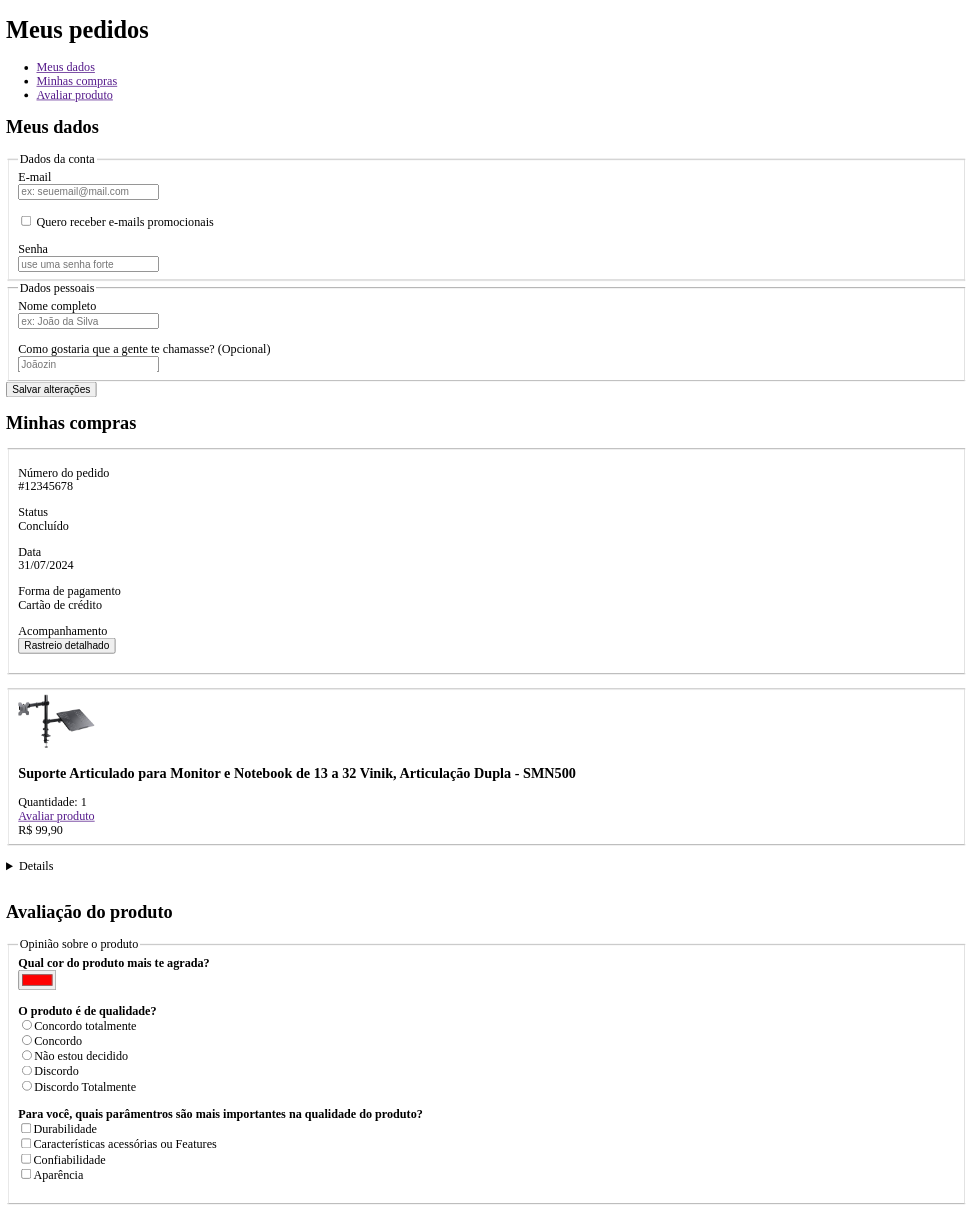
Repository: claudemir-camargo/site-compras
Page: index.html
These files come from the project's save history. The page is drawn as it stood at one moment and after the next save; the edit follows.
The browser window is 1280 px wide. The pictures show the whole page, at 76% of full size.

Above is the page before, as saved 2024-03-03 23:16:08.

### index.html
<!DOCTYPE html>
<html lang="en">

<head>
    <meta charset="UTF-8">
    <meta name="viewport" content="width=device-width, initial-scale=1.0">
    <link rel="stylesheet" type="text/css" href="css/style.css" />
    <title>Site de Compras</title>
</head>

<body>
    <h1>Meus pedidos</h1>
    <ul>
        <li><a href="">Meus dados</a></li>
        <li><a href="">Minhas compras</a></li>
        <li><a href="">Avaliar produto</a></li>
    </ul>
    <h2>Meus dados</h2>
    <!-- Conta -->
    <fieldset>
        <legend>Dados da conta</legend>
        <form>
            <label>E-mail</label><br>
            <input type="email" id="email" name="email" placeholder="ex: seuemail@mail.com"><br><br>
            <input type="checkbox">
            <label>Quero receber e-mails promocionais</label><br><br>
            <label>Senha</label><br>
            <input type="password" placeholder="use uma senha forte">
        </form>
    </fieldset>
    <!-- Pessoais -->
    <fieldset>
        <legend>Dados pessoais</legend>
        <form>
            <label>Nome completo</label><br>
            <input type="text" placeholder="ex: João da Silva"><br><br>
            <label>Como gostaria que a gente te chamasse? (Opcional) </label><br>
            <input type="text" placeholder="Joãozin">
        </form>
    </fieldset>
    <button type="button">Salvar alterações</button>
    <!-- Minhas compras -->
    <h2>Minhas compras</h2>
    <fieldset>
        <p>Número do pedido<br>#12345678</p>
        <p>Status<br>Concluído</p>
        <p>Data<br>31/07/2024</p>
        <p>Forma de pagamento<br>Cartão de crédito</p>
        <p>Acompanhamento<br><button>Rastreio detalhado</button></p>
    </fieldset>
    <!-- Produto -->
    <br>
    <fieldset>
        <img src="img/suporte.jpg" alt="Suporte">
        <h3>
            <p>Suporte Articulado para Monitor e Notebook de 13 a 32 Vinik,
                Articulação Dupla - SMN500</p>
        </h3>
        Quantidade: 1<br>
        <a href="">Avaliar produto</a><br>
        R$ 99,90
    </fieldset>
    <br>
    <details tag="Detalhes de Envio e Pagamento">
        <p></p>
        <strong>Endereço de entrega</strong><br>
        Avenida Estelita Falcão<br>
        Número 12, Centro<br>
        CEP 48170-970 - Itapetininga/São Paulo
        <br><br>
        <strong>Forma de Pagamento</strong><br>
        Cartão de crédito<br>
        Master Card **** **** **** 1234<br>
        Titular: Claudemir Camargo
        <br><br>
        <strong>Frete</strong>
        R$ 15,50<br>
        Enviado por GFL<br>
        Entregue
    </details>
    <br>
    <form>
        <h2>Avaliação do produto</h2>
        <fieldset>
            <legend>Opinião sobre o produto</legend>
            <label><strong>Qual cor do produto mais te agrada?</strong></label><br>
            <input type="color" value="#ff0000"><br><br>
            <label><strong>O produto é de qualidade?</strong></label><br>
            <input type="radio" name="qualidade"><label>Concordo totalmente</label><br>
            <input type="radio" name="qualidade"><label>Concordo</label><br>
            <input type="radio" name="qualidade"><label>Não estou decidido</label><br>
            <input type="radio" name="qualidade"><label></label>Discordo</label><br>
            <input type="radio" name="qualidade"><label></label>Discordo Totalmente</label>
            <br><br>
            <label><strong>Para você, quais parâmentros são mais importantes na qualidade do
                    produto?</strong></label><br>
            <input type="checkbox"><label>Durabilidade</label><br>
            <input type="checkbox"><label>Características acessórias ou Features</label><br>
            <input type="checkbox"><label>Confiabilidade</label><br>
            <input type="checkbox"><label>Aparência</label>
            <br><br>


    </form>


    </fieldset>



</body>

</html>

### css/style.css
img {
    height: 70px;
    width: 100px;
}

After the next save:
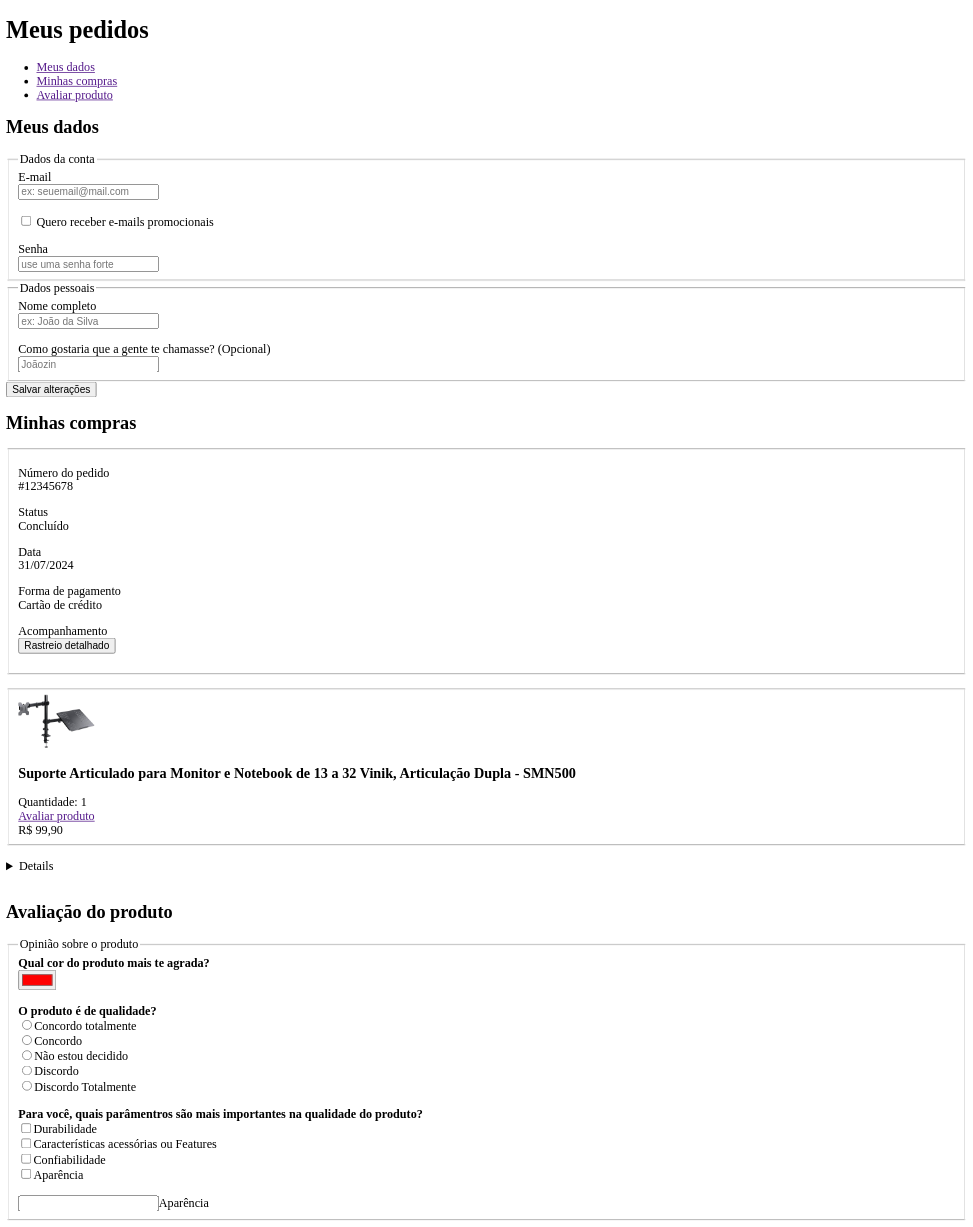
Saved 45 s later.
--- a/index.html
+++ b/index.html
@@ -99,6 +99,7 @@
             <input type="checkbox"><label>Confiabilidade</label><br>
             <input type="checkbox"><label>Aparência</label>
             <br><br>
+            <input type="text"><label>Aparência</label>
 
 
     </form>
